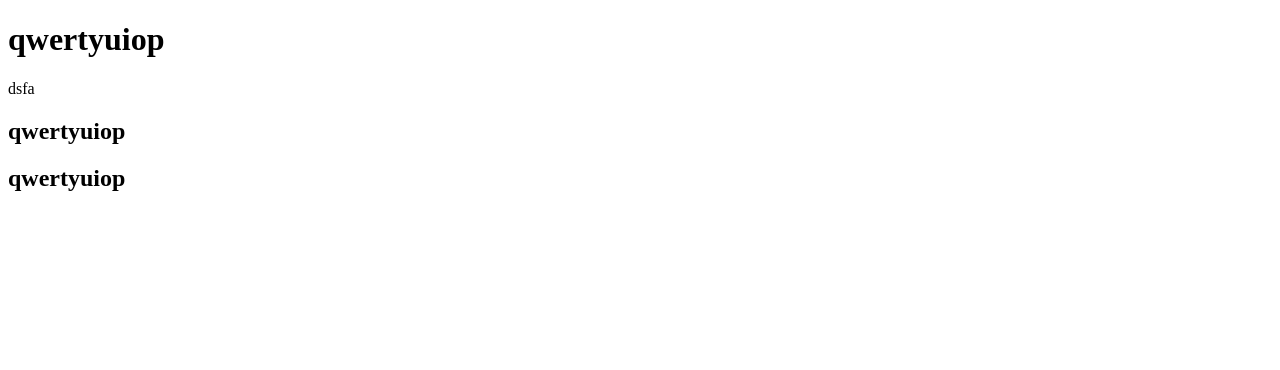
Repository: sannikovcode/exercises-a1
Page: JS/test1/task4/index.html
The author's editor kept a copy of each file at every save. The page is drawn from the files as they stood at one save, then again after the next save.
The browser window is 1280 px wide. The pictures show the whole page.

Above is the page before, as saved 2025-10-16 14:17:51.

After the next save:
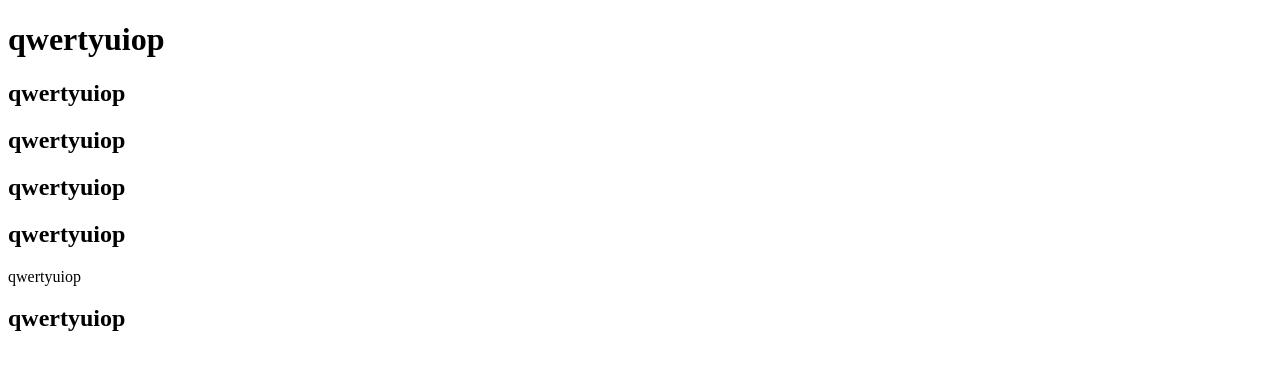
Saved 29 s later.
--- a/JS/test1/task4/index.html
+++ b/JS/test1/task4/index.html
@@ -9,8 +9,13 @@
 
 <body>
     <h1>qwertyuiop</h1>
-    <span>dsfa</span>
+
     <h2>qwertyuiop</h2>
+    <h2>qwertyuiop</h2>
+    <h2>qwertyuiop</h2>
+
+    <h2>qwertyuiop</h2>
+    <span>qwertyuiop</span>
     <h2>qwertyuiop</h2>
 
 
